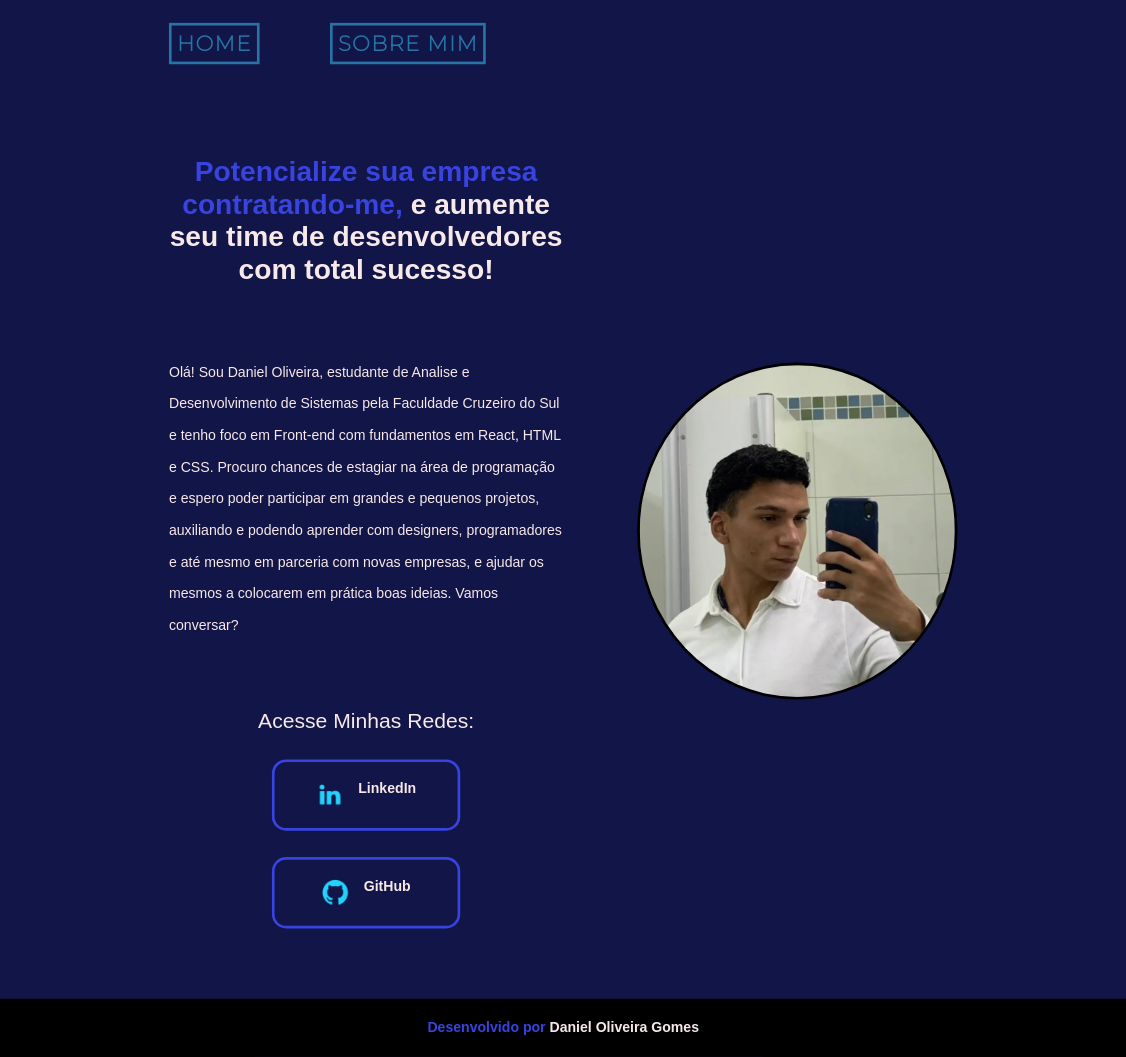
Repository: DamnDTX/Portfolio-Daniel-Oliveira-1
Page: index.html
An editor plug-in stored every save of this project. The page is shown before and after the next save, followed by the edit.
The browser window is 1280 px wide. The pictures show the whole page, at 88% of full size.
Some web fonts or font styles are not loaded; a fallback is used.

Above is the page before, as saved 2023-07-24 17:33:50.

### index.html
<!DOCTYPE html>
<html lang="pt-br">
<head>
    <meta charset="UTF-8">
    <meta name="viewport" content="width=device-width, initial-scale=1.0">
    <meta http-equiv="X-UA Compatible" content="IE=edge">
    <link href="./styles/styles.css" rel="stylesheet">
    <title>
        portfolio
    </title>
</head>
<body>
    <header class="cabecalho">
        <nav class="cabecalho__menu">
            <a class="cabecalho__menu__link" href="index.html">Home</a>
            <a class="cabecalho__menu__link" href="about.html">Sobre Mim</a>
        </nav>
    </header>
    <main class="principal">
        <section class="principal__conteudo">
            <h1 class="principal__conteudo__titulo">
       <strong>  Potencialize sua empresa contratando-me,</strong> e aumente seu time de desenvolvedores com
       total sucesso!
            </h1>

            <h4 class="principal__conteudo__apresentacao">
            Olá! Sou  Daniel Oliveira, estudante de Analise e Desenvolvimento de Sistemas pela Faculdade
            Cruzeiro do Sul e tenho  foco em Front-end com fundamentos em React, HTML e CSS.
                Procuro chances de estagiar na área de programação e espero poder participar em
                 grandes e pequenos projetos, auxiliando e podendo aprender com designers, programadores e
                 até
                 mesmo em parceria com novas empresas, e ajudar
                 os mesmos  a colocarem em prática boas ideias. Vamos conversar?
            </h4>
            <div class="principal__links">
                <h2 class="principal__links__subtitulo">Acesse Minhas Redes:</h2>
            <a class="principal__links__social" target="_blank" href="https://www.linkedin.com/in/daniel-oliveira-gomes-3470511b6/">
                    <img src="./assets/Logo linkedin.png" alt="linkeidn_logo">
                LinkedIn
                    </a>
            <a class="principal__links__social" target="_blank" href="https://github.com/DamnDTX/">
              <img src="./assets/Logo Github.png" alt="github_logo">
              GitHub
            </a>

            </div>
        </section>
        <img class="eu" alt="minha_pessoa" src="./assets/Eu.jpeg">
    </main>


    <footer class="rodape">
        <h4>Desenvolvido por <strong class="desenvolvedor">Daniel Oliveira Gomes</strong></h4>
    </footer>
</body>

### styles/styles.css
@import url('https://fonts.googleapis.com/css2?family=Abril+Fatface&family=Krona+One&family=Montserrat:wght@100;200&display=swap');
@import url('https://fonts.googleapis.com/css2?family=Abril+Fatface&family=Krona+One&family=Montserrat:wght@100&display=swap');

:root{
    --cor-de-destaques-menu:#3843E0;
    --cor-rover:#3843E0;
    --cor-dos-textos:#F8E9E9;

    --fonte-textos:'Montsserrat', sans-serif;
    --fonte-titulos:'Krona One', sans-serif;

}

*{
    margin: 0;
    padding: 0;
}

body{
    background-color: #121547;
    color: var(--cor-dos-textos);
    height: 100vh;
    box-sizing: border-box;
}
 /*O 100vh serve quando temos poucos elementos na página, quando o body não alcança tudo (quando há poucos
 elementos), quando não for o caso de termos poucos elementos, tiramos-o, ou melhor, não os usamos  */
strong{
    color: var(--cor-de-destaques-menu);
}

.cabecalho{
padding: 2% 0 0 15%;
}

.cabecalho__menu{display: flex;
gap: 80px;}

.cabecalho__menu__link{font-size: 1.5rem;
    font-family: 'Montserrat', sans-serif;
    font-style: normal;
    font-weight: 600;
    line-height: normal;
    color: #2675a6;
    text-decoration: none;
    text-transform: uppercase;
    letter-spacing: 0.1rem;
    border-style: solid;
    border-color: #2675a6;
    padding: 6px;
    background-color: transparent;
}

.principal{display: flex;
align-items: center;
justify-content: space-between;
padding: 5% 15%;
gap: 40px;}



.principal__conteudo{
    width: 50%;
    display: flex;
    flex-direction: column;
    gap: 40px;
       }

.principal__conteudo__titulo{
    font-family: var(--fonte-titulos);
    font-size: 2.0rem;
    text-align: center;
    margin-top: 40px;

}



.principal__conteudo__apresentacao{
    font-family: var(--fonte-textos);
    display: flex;
    flex-direction: column;
    font-size: 1rem;
    font-style: normal;
    font-weight: 400;
    line-height: 36px;
    color: #F8E9E9;
    margin-top: 40px;
}

.eu{
    height: 40%;
    width: 40%;
    border-style: solid;
    border-color: black;
    border-radius: 50%;
    align-content: right;}

 .principal__links{
        justify-content: space-between;
        flex-direction:column;
        align-items: center;
        display: flex;
        width: 50% auto;
        padding: 16px;
        justify-content: center;
        align-items: center;
        gap: 20px;

        .principal__links__social:hover{
            background-color: var(--cor-rover);
        }

        .home:hover
        {
            background-color: #2675a6;
            color: white;
        }
 }
    .principal__links__subtitulo{
        font-family: var(--fonte-textos);
        font-weight: 400;
        margin-top: 20px;
        }


    .principal__links__social{
        background-color: transparent;
        color: var(--cor-dos-textos);
        width: 50%;
        height: 50%;
        text-align: center;
        border-radius: 16px;
        font-size: 1,5rem;
        padding: 21.5px 0;
        text-decoration: none;
        font-weight: 600;
        border-style: solid;
        display: flex;
        justify-content: center;
        gap: 16px;
        margin-top: 10px;
        border-color: var(--cor-de-destaques-menu);
        font-family: var(--fonte-textos);
    }

.logo{width: 28px;
    height: 28px;
    }

.rodape{font-size:  1,5rem;
    font-family: var(--fonte-textos);
    font-style: normal;
    font-weight: 400;
    line-height: 36px;
    background-color: black;
    text-align: center;
    color: var(--cor-de-destaques-menu);
    padding: 15px;
    flex-shrink: 0;
}

    .desenvolvedor{
        color: var(--cor-dos-textos);
    }

    /* TÉRMINO DAS ESTILIZAÇÕES DA PAGINA "index"*/

.daniel{
    height: 45%;
    width: 45%;
    border-style: solid;
    border-color: black;
    align-content: right;
    border-radius: 10% ;
}

@media (max-width:800px)
{
    .cabecalho {
        padding: 10%;
    }

    .cabecalho__menu{
        justify-content: center;
    }

    .principal {
        flex-direction: column-reverse;
        padding: 5% 5%;
    }

    .principal__conteudo{
        width: auto;
        font-size: 1rem;
    }

    .eu{
        width: 50%;
        height: 50%;
        border-radius: 10%;
    }

}

After the next save:
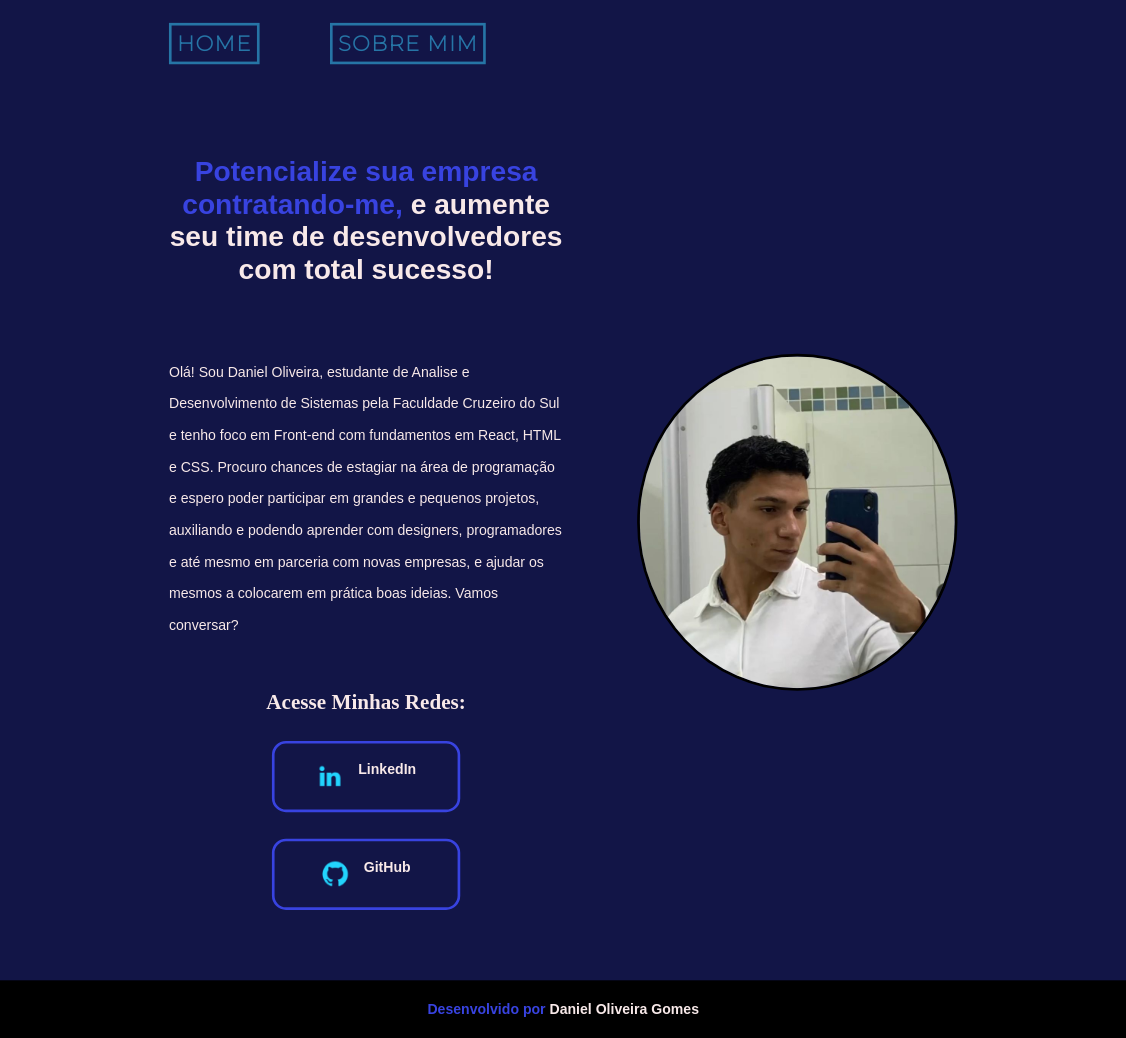
Saved 54 s later.
--- a/styles/styles.css
+++ b/styles/styles.css
@@ -115,7 +115,7 @@
             background-color: #2675a6;
             color: white;
         }
- }
+ }]
     .principal__links__subtitulo{
         font-family: var(--fonte-textos);
         font-weight: 400;

After the save that followed:
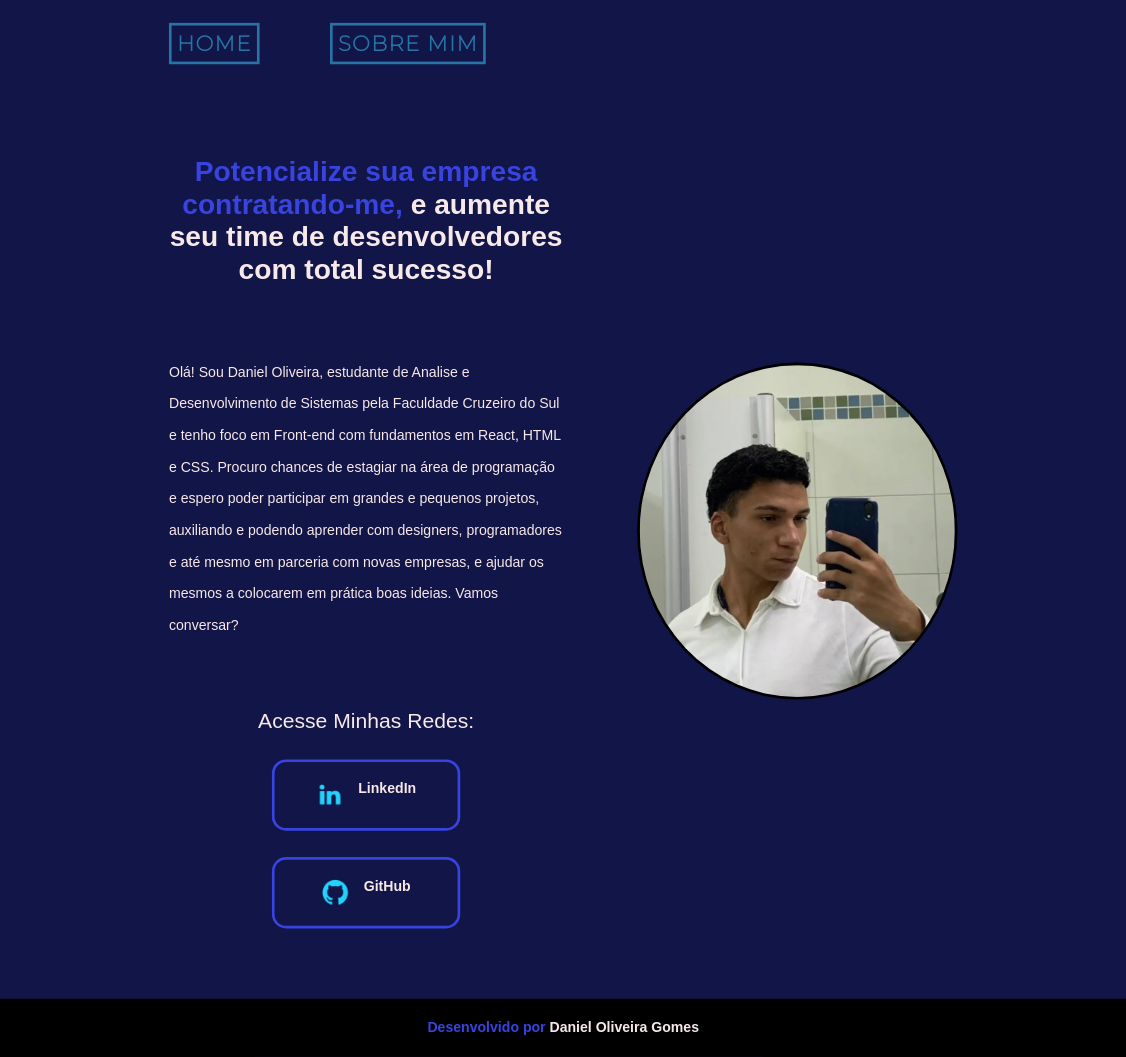
Saved 4 s later.
--- a/styles/styles.css
+++ b/styles/styles.css
@@ -115,7 +115,7 @@
             background-color: #2675a6;
             color: white;
         }
- }]
+ }
     .principal__links__subtitulo{
         font-family: var(--fonte-textos);
         font-weight: 400;
